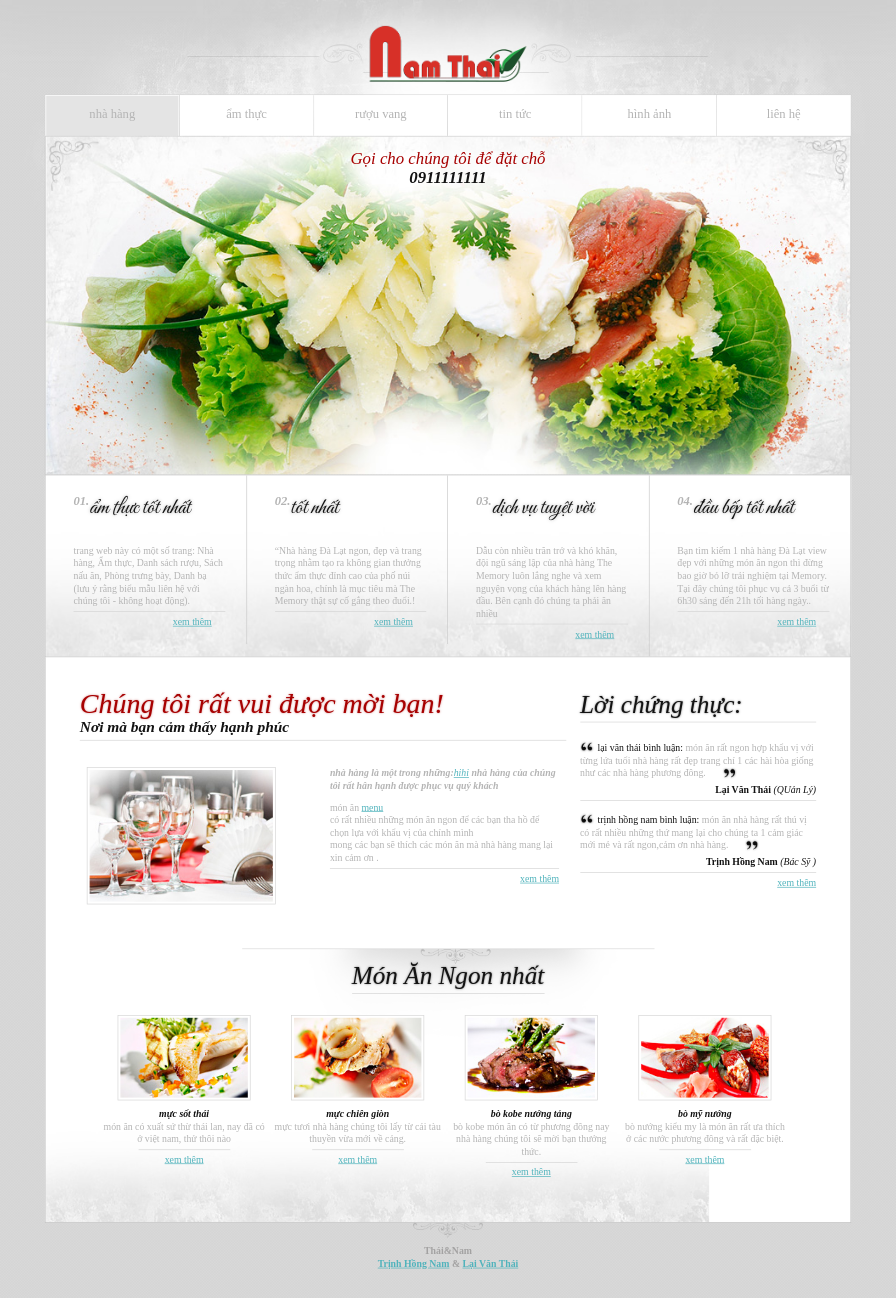
Repository: thaiLVT/DoAnThucTapNamThai
Page: index.html
An editor plug-in stored every save of this project. The page is shown before and after the next save, followed by the edit.
The browser window is 1280 px wide. The pictures show the whole page, at 70% of full size.

Above is the page before, as saved 2022-04-25 01:10:22.

After the next save:
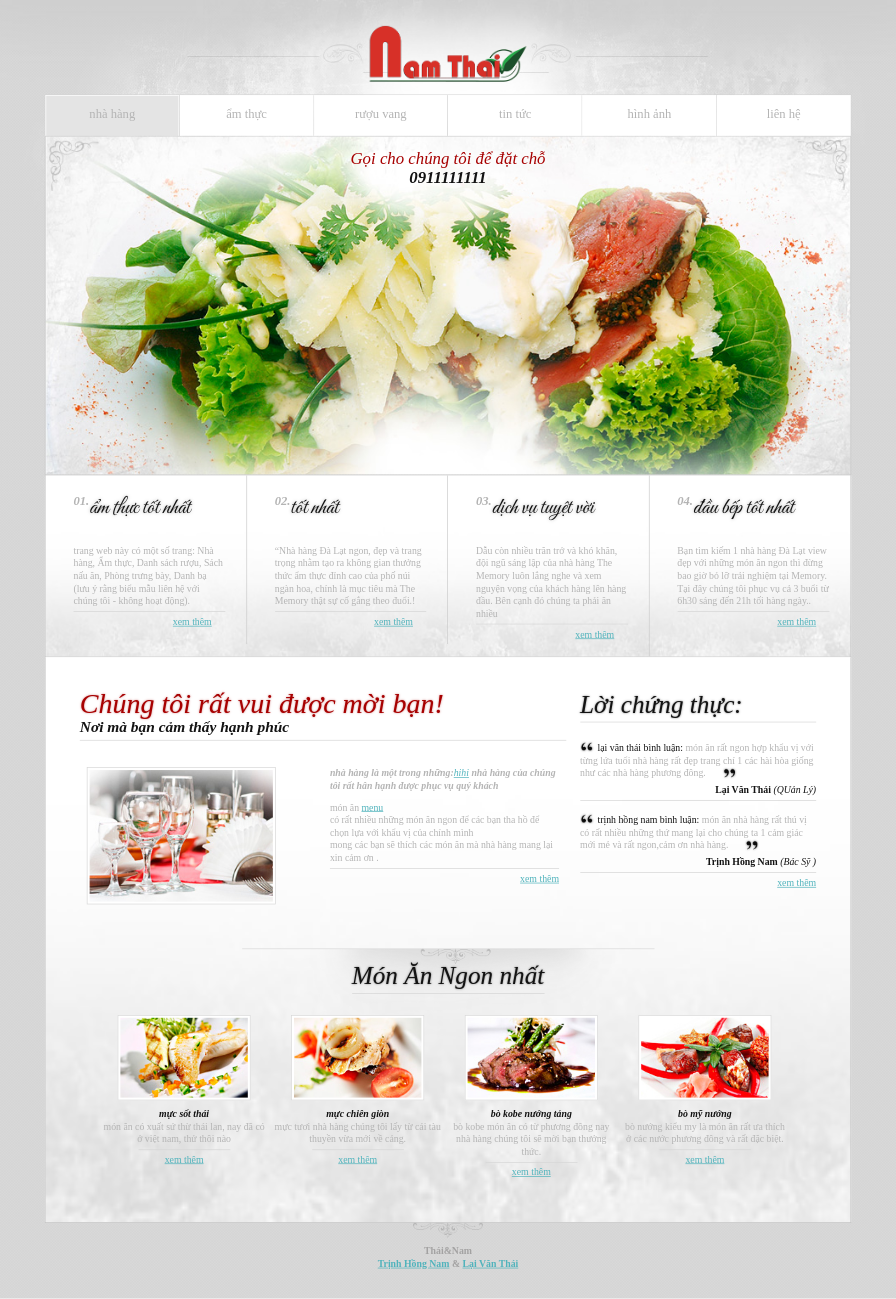
Saved 4 min 48 s later.
--- a/css/style.css
+++ b/css/style.css
@@ -506,7 +506,9 @@ ul.menu li.current a {
     border: #bebebe 1px solid;
     border-top: none !important;
     background: url(../images/block-2.jpg) 0 bottom no-repeat #fff;
-    padding-bottom: 62px;
+    background-position: center;
+    background-size: cover;
+    padding-bottom: 62px
 }
 
 .col-1 {
